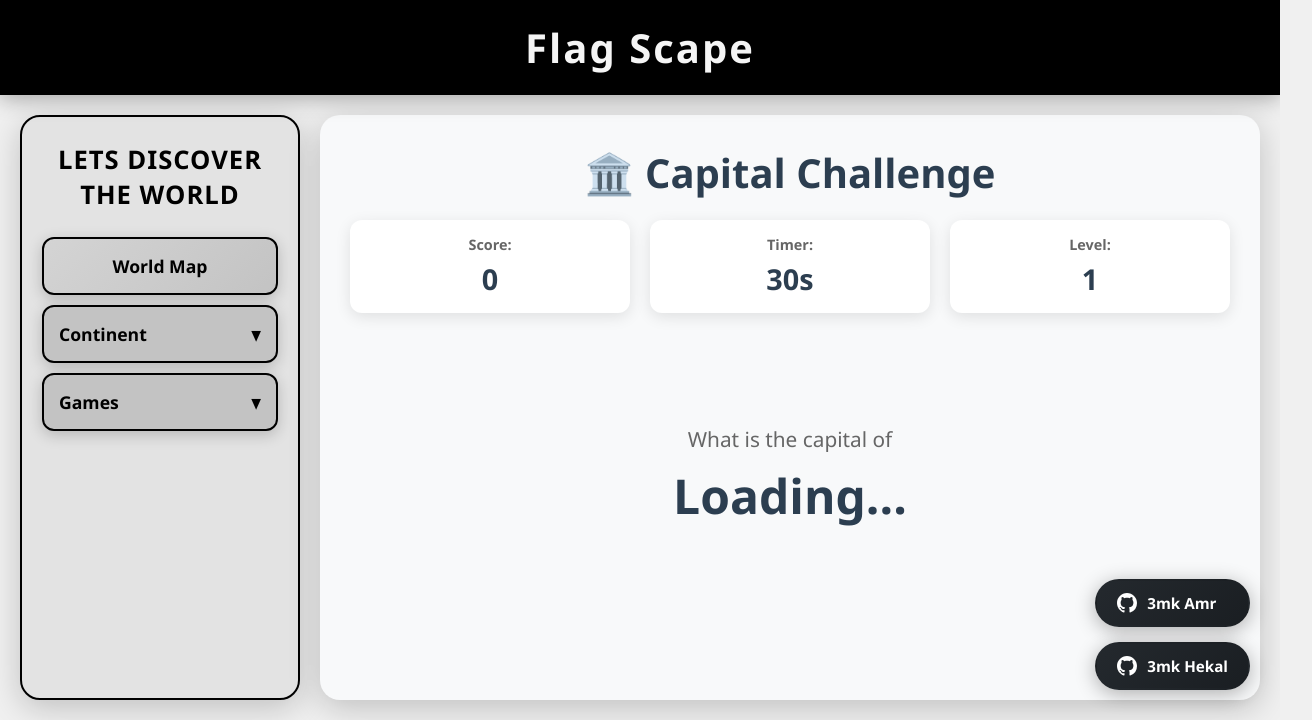
Repository: Amr-Ma7moud/FlagScape
Page: capitalChallenge.html
These files come from the project's save history. The page is drawn as it stood at one moment and after the next save; the edit follows.
The browser window is 1280 px wide. The page is 1280 px wide, then 1312 px, then 1280 px, so the pictures cover 1312 px, including what lies to the right of the window. The pictures show the whole page.
The page's requests for data from a server got no answer.

Above is the page before, as saved 2025-12-02 01:56:34.
Console error: TypeError: Cannot read properties of undefined (reading 'capital')

After the next save:
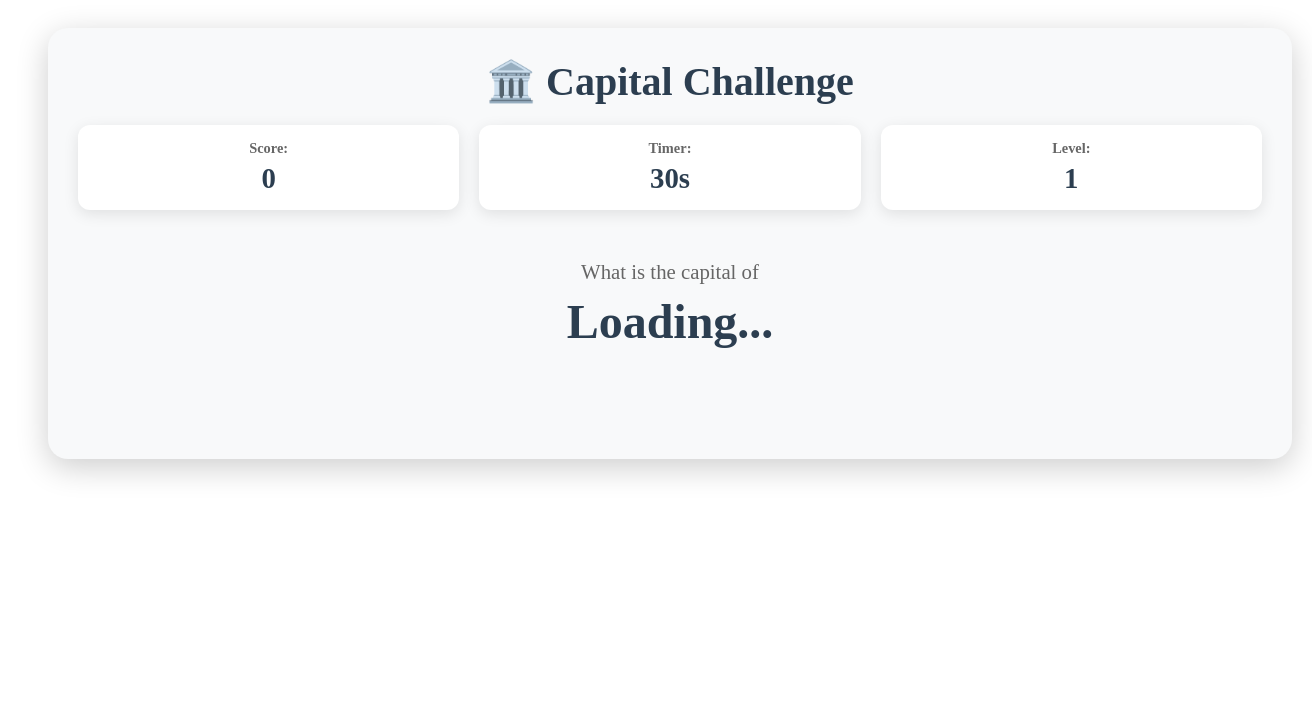
Console error: SyntaxError: Invalid left-hand side in assignment
Saved 18 s later.
--- a/js/capitalChallenge.js
+++ b/js/capitalChallenge.js
@@ -5,7 +5,9 @@
   document.title = "FlagScape - Capital Challenge";
   await embedHTML("header", "/htmlUtil/header.html");
   await embedHTML("sideBar", "/htmlUtil/sideBar.html");
-  await embedHTML("fab", "/htmlUtil/fab.html");
+  await embedHTML("fab", "/htmlUtil/fab.html").then(() => {
+    document.getElementById("hekal")?.appendChild(document.createElement("span")).innerHTML = "3mk Hekal";
+  });
 
   startGame();
 }

After the save that followed:
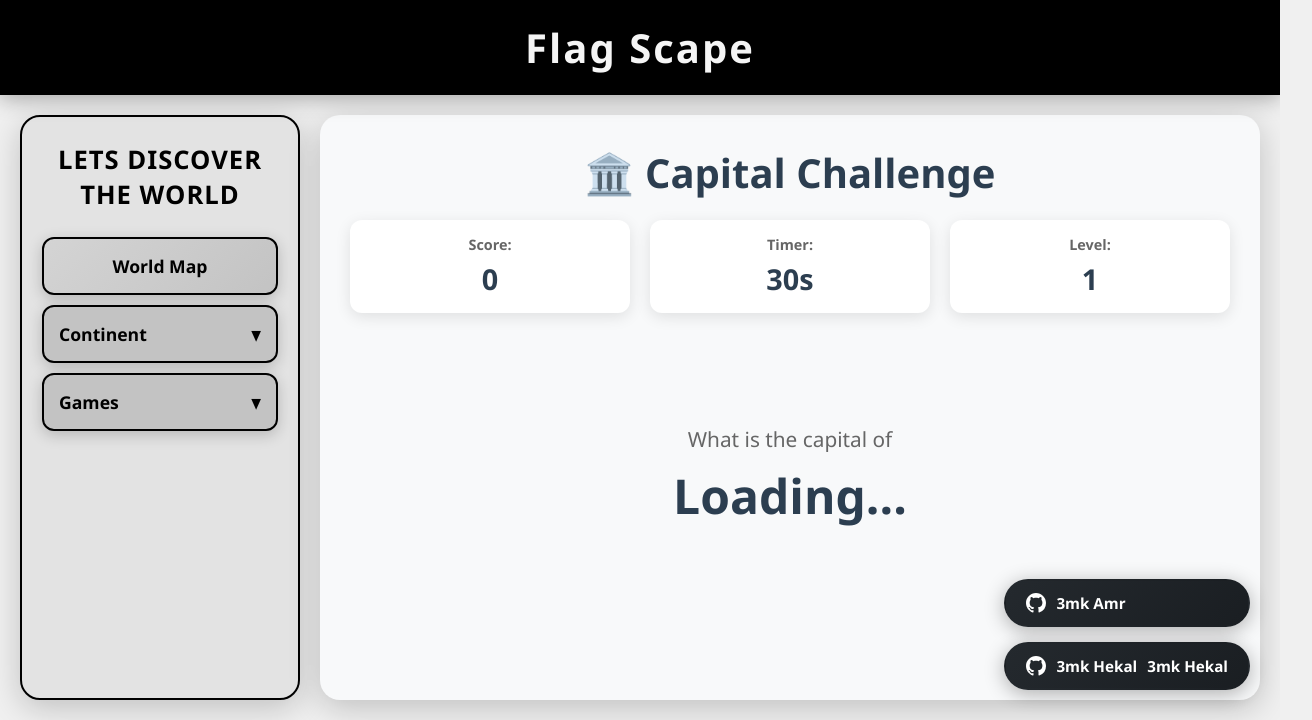
Console error: TypeError: Cannot read properties of undefined (reading 'capital')
Saved 22 s later.
--- a/js/capitalChallenge.js
+++ b/js/capitalChallenge.js
@@ -6,7 +6,7 @@
   await embedHTML("header", "/htmlUtil/header.html");
   await embedHTML("sideBar", "/htmlUtil/sideBar.html");
   await embedHTML("fab", "/htmlUtil/fab.html").then(() => {
-    document.getElementById("hekal")?.appendChild(document.createElement("span")).innerHTML = "3mk Hekal";
+    document.getElementById("hekal").appendChild(document.createElement("span")).innerHTML = "3mk Hekal";
   });
 
   startGame();
